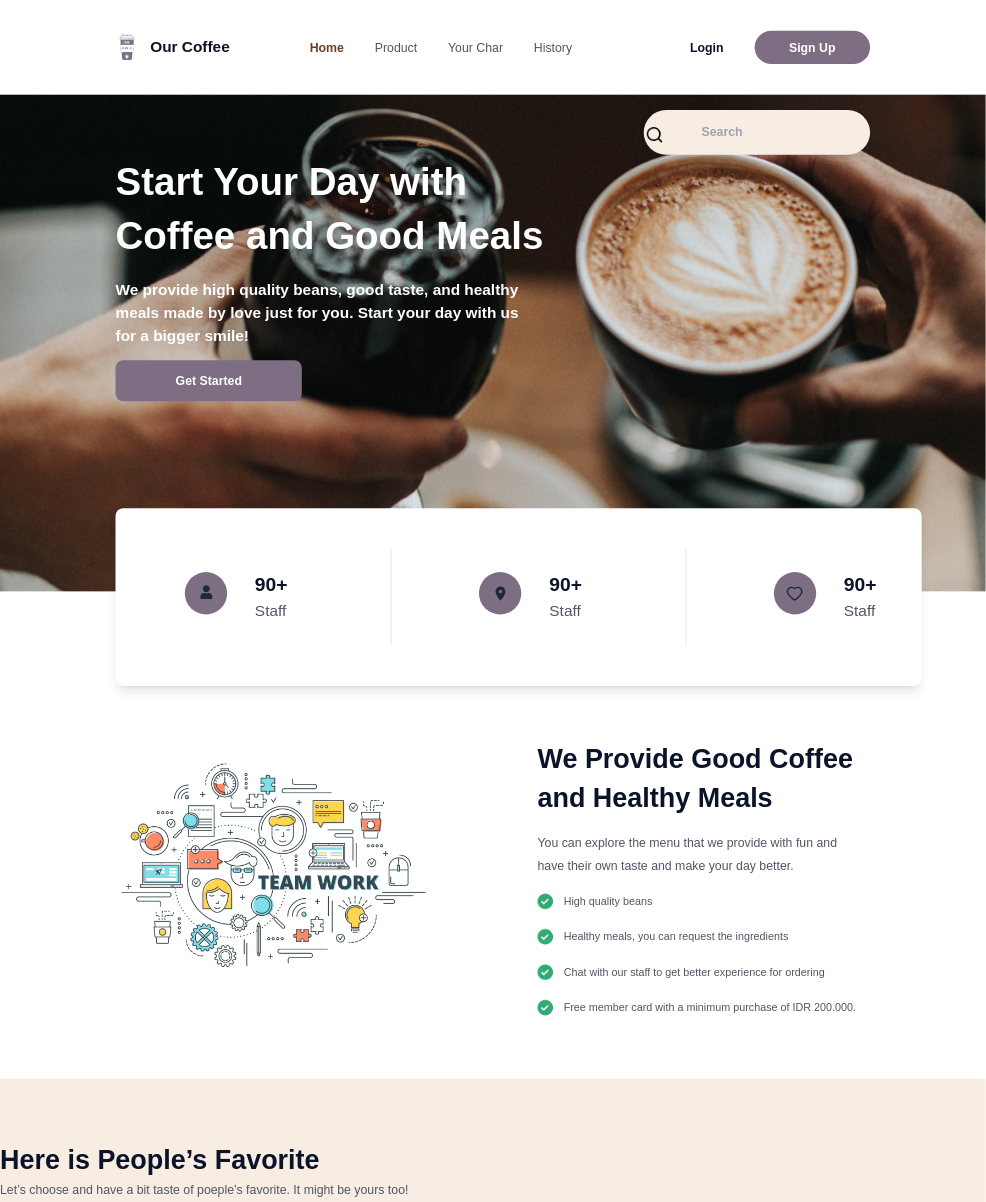
Repository: boykebn/fw12-collab2-FRONTEND
Page: / (app in our/)
An editor plug-in stored every save of this project. The page is shown before and after the next save, followed by the edit.
The browser window is 1280 px wide. The pictures show the whole page, at 77% of full size.
The project was rebuilt for these pictures with package versions that can differ from the ones it lists, and the page was loaded fresh each time. The framework's server and built-in components were replaced by stand-ins that run in the browser. Also part of the build but not shown: our/next.config.js.

Above is the page before, as saved 2022-12-30 22:54:02.

### our/pages/_app.js
import '../styles/globals.css'
import { Provider } from 'react-redux'
import {store} from '../redux/store'

export default function App({ Component, pageProps }) {
  return (
  <Provider store={store}>
    <Component {...pageProps} />
  </Provider>
  )
}

### our/pages/index.js
import React from "react";
import Image from "next/image";
import logo from "../assets/logoOurCoffee.png";
import Link from "next/link";
import search from "../assets/search.png";
import profileIcon from "../assets/profile-icon.png";
import { FaUser } from "react-icons/fa";
import { MdLocationOn } from "react-icons/md";
import { AiOutlineHeart } from "react-icons/ai";
import layer2 from "../assets/img-layer2.png";
import ceklis from "../assets/ceklis.png";
export default function Home() {
  return (
    <div className="font-rubik">
      <div className="px-[150px] py-[45px] flex items-center">
        <div className="flex flex-1 items-center">
          <Image src={logo} alt="logo" className="w-[30px] h-[33px] mr-[15px]" />
          <span className="text-[#0B132A] text-[20px] font-bold leading-[23px]">Our Coffee</span>
        </div>
        <div className=" text-[#4F5665] text-[16px] mr-[153px]">
          <span className="font-bold text-[#6A4029] mr-[40px]">Home</span>
          <span className="mr-[40px]">Product</span>
          <span className="mr-[40px]">Your Char</span>
          <span>History</span>
        </div>
        <div className="text-[16px] font-[600] leading-[19px]">
          <Link href="#" className="mr-[40px] text-[#0B132A]">
            Login
          </Link>
          <Link href="#" className="text-white border-1 bg-[#7d6e83] py-[13px] px-[45px] rounded-[50px]">
            Sign Up
          </Link>
        </div>
      </div>
      <div className="bg-[url('../assets/background-home.png')] h-[645px] ">
        <div className="px-[150px] flex">
          <div className="pt-[78px] mr-auto">
            <p className="text-white text-[50px] font-bold leading-[70px] w-[570px] mb-[20px]">Start Your Day with Coffee and Good Meals</p>
            <p className="text-white text-[20px] font-bold leading-[30px] w-[555px] mb-[32px]">We provide high quality beans, good taste, and healthy meals made by love just for you. Start your day with us for a bigger smile!</p>
            <Link href="#" className="text-white text-[16px] font-bold border-1 px-[78px] py-[18px] bg-[#7d6e83] rounded-[10px]">
              Get Started
            </Link>
          </div>
          <div className="pt-[20px]">
            <Image src={search} alt="search" className="absolute top-[165px] right-[420px]" />
            <input placeholder="Search" className="focus:outline-none bg-[#f8ede3] py-[17px] pl-[75px] font-[900] rounded-[30px]" />
          </div>
        </div>
      </div>
      <div className="pl-[90px] pr-[59px] py-[53px] border-1 bg-white absolute left-[150px] top-[660px] rounded-[10px] flex items-center shadow-lg mb-[103px]">
        <div className="flex">
          <div className="mr-[36px]">
            <FaUser className="w-[16px] h-[18px] absolute left-[110px] top-[100px]" />
            <div className="border-1 bg-[#7d6e83] w-[55px] h-[55px] rounded-[50%] \"></div>
          </div>
          <div className="mr-[134px]">
            <p className="text-[#0B132A] text-[25px] font-bold leading-[30px] mb-[5px]">90+</p>
            <p className="text-[#4F5665] text-[20px] leading-[30px]">Staff</p>
          </div>
        </div>
        <hr className="bg-[#EEEFF2] w-[2px] h-[125px] mr-[113px]" />
        <div className="flex">
          <div className="mr-[36px]">
            <MdLocationOn className="w-[22px] h-[26px] absolute left-[489px] top-[98px]" />
            <div className="border-1 bg-[#7d6e83] w-[55px] h-[55px] rounded-[50%] \"></div>
          </div>
          <div className="mr-[134px]">
            <p className="text-[#0B132A] text-[25px] font-bold leading-[30px] mb-[5px]">90+</p>
            <p className="text-[#4F5665] text-[20px] leading-[30px]">Staff</p>
          </div>
        </div>
        <hr className="bg-[#EEEFF2] w-[2px] h-[125px] mr-[113px]" />
        <div className="flex">
          <div className="mr-[36px]">
            <AiOutlineHeart className="w-[24px] h-[28px] absolute left-[870px] top-[97px]" />
            <div className="border-1 bg-[#7d6e83] w-[55px] h-[55px] rounded-[50%] \"></div>
          </div>
          <div className="">
            <p className="text-[#0B132A] text-[25px] font-bold leading-[30px] mb-[5px]">90+</p>
            <p className="text-[#4F5665] text-[20px] leading-[30px]">Staff</p>
          </div>
        </div>
      </div>
      <div className="pt-[193px] px-[150px] flex mb-[82px]">
        <div className="mr-[139px]">
          <Image src={layer2} alt="img-layer-2" />
        </div>
        <div>
          <div className="mb-[20px]">
            <p className="text-[#0B132A] text-[35px] font-bold leading-[50px] w-[432px] mb-[19px]">We Provide Good Coffee and Healthy Meals</p>
            <p className="text-[#4F5665] text-[16px] leading-[30px] w-[427px]">You can explore the menu that we provide with fun and have their own taste and make your day better.</p>
          </div>
          <div className="flex">
            <div className="mr-[13px]">
              <Image src={ceklis} alt="ceklis" className="mb-[25px]" />
              <Image src={ceklis} alt="ceklis" className="mb-[25px]" />
              <Image src={ceklis} alt="ceklis" className="mb-[25px]" />
              <Image src={ceklis} alt="ceklis" />
            </div>
            <div className="text-[#4F5665] text-[14px]">
              <p className="mb-[25px]">High quality beans</p>
              <p className="mb-[25px]">Healthy meals, you can request the ingredients</p>
              <p className="mb-[25px]">Chat with our staff to get better experience for ordering</p>
              <p>Free member card with a minimum purchase of IDR 200.000.</p>
            </div>
          </div>
        </div>
      </div>
      <div className="bg-[#f8ede3]">
        <div className="pt-[80px]">
          <p className="text-[#0B132A] text-[35px] leading-[50px] font-bold">Here is People’s Favorite</p>
          <p className="text-[#4F5665] text-[16px] leading-[30px] ">Let’s choose and have a bit taste of poeple’s favorite. It might be yours too!</p>
        </div>
      </div>
    </div>
  );
}

### our/styles/globals.css
@tailwind base;
@tailwind components;
@tailwind utilities;

@import url("https://fonts.googleapis.com/css2?family=Rubik&display=swap");

### our/redux/store.js
import { configureStore } from '@reduxjs/toolkit';
import thunk from 'redux-thunk'
import reducer from './reducers';
import {persistStore} from 'redux-persist'

const store = configureStore({
    reducer,
    middleware: [thunk]
})

const persistor = persistStore(store)

export {store, persistor}

### our/redux/reducers/index.js
import {combineReducers} from '@reduxjs/toolkit';
import {persistReducer} from 'redux-persist'
import storage from 'redux-persist/lib/storage'
import auth from './auth'

const authConfig = {
    key: 'auth',
    storage
}

const reducer = combineReducers({
    auth: persistReducer(authConfig, auth),
})

export default reducer

### our/redux/reducers/auth.js
import {createSlice} from '@reduxjs/toolkit'

const initialState = {
    token: null
}

const authReducer = createSlice({
    name: 'auth',
    initialState,
    reducers: {
        logout: (state, action) => {
            return initialState
        }
    },
    extraReducers: (build) => {
    }
})

export const { logout } = authReducer.actions

export default authReducer.reducer

### our/tailwind.config.js
/** @type {import('tailwindcss').Config} */
module.exports = {
  content: ["./pages/**/*.{js,ts,jsx,tsx}", "./components/**/*.{js,ts,jsx,tsx}"],
  theme: {
    extend: {
      fontFamily: {
        rubik: ["Rubik", "sans-serif"],
      },
    },
  },
  plugins: [require("daisyui")],
};

After the next save:
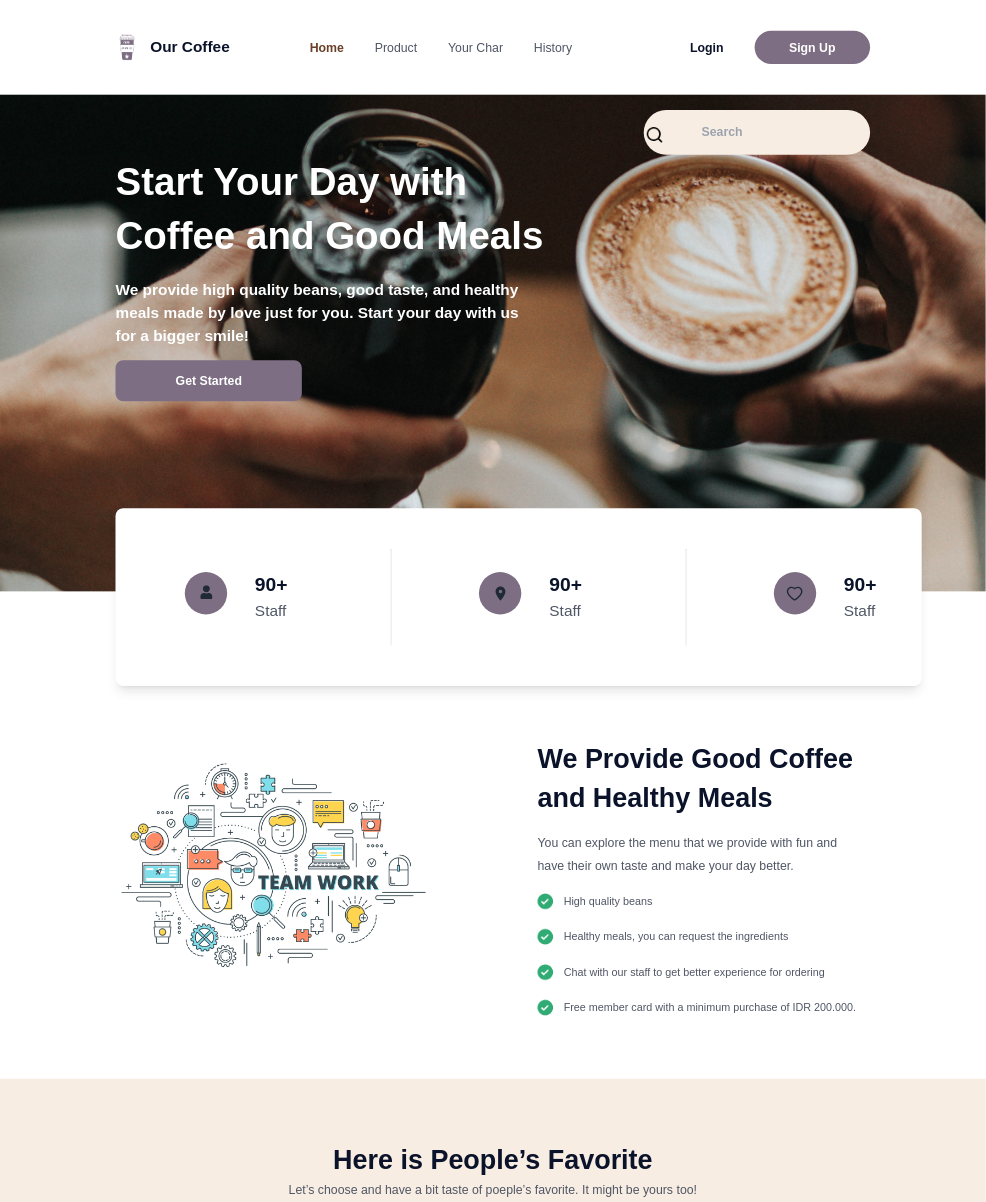
Saved 13 s later.
--- a/our/pages/index.js
+++ b/our/pages/index.js
@@ -107,7 +107,7 @@ export default function Home() {
         </div>
       </div>
       <div className="bg-[#f8ede3]">
-        <div className="pt-[80px]">
+        <div className="pt-[80px] text-center">
           <p className="text-[#0B132A] text-[35px] leading-[50px] font-bold">Here is People’s Favorite</p>
           <p className="text-[#4F5665] text-[16px] leading-[30px] ">Let’s choose and have a bit taste of poeple’s favorite. It might be yours too!</p>
         </div>
